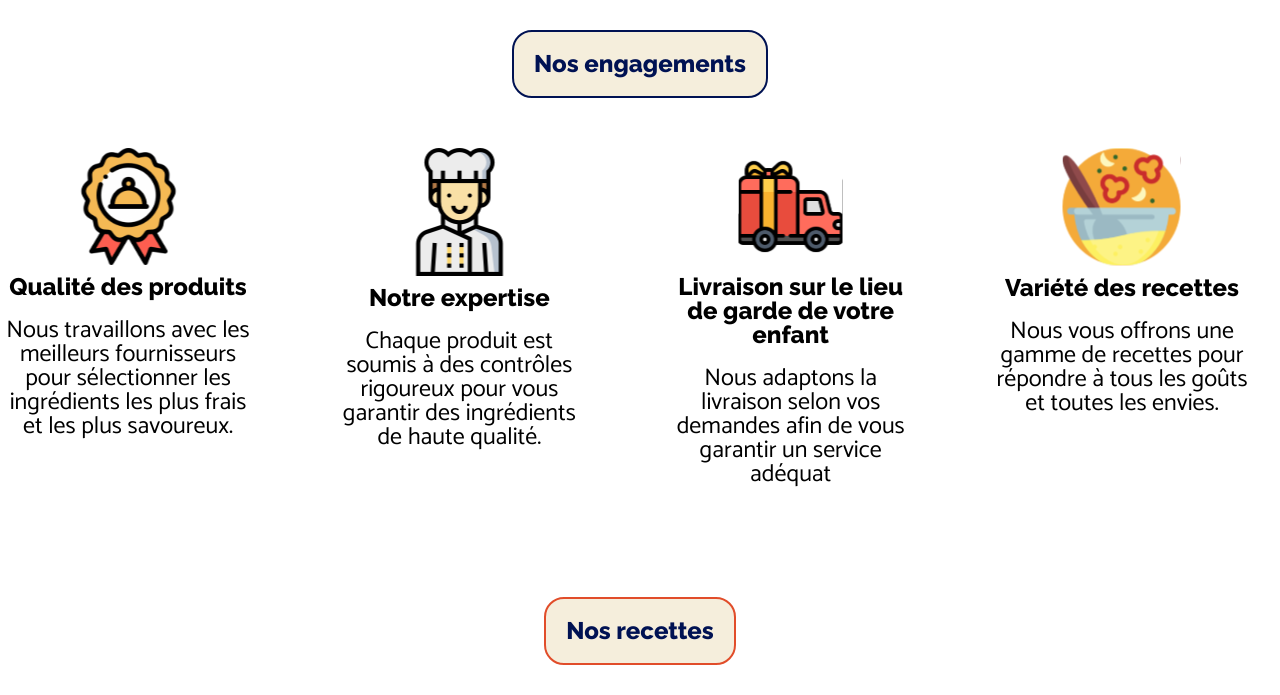
Repository: minus-team7/minus_team7
Page: minus_homepage.html
An editor plug-in stored every save of this project. The page is shown before and after a run of saves, followed by the edit.
The browser window is 1280 px wide. The pictures show the part of the page from y = 742 to 1437 px (the page is 3717 px tall).
The pointer rests on the first visible `.bouton a`.
A picture or video elsewhere on the page could not be fetched, so the positions and the page height are approximate.

Above is the page before, as saved 2023-02-13 09:47:59.

After the next 7 saves:
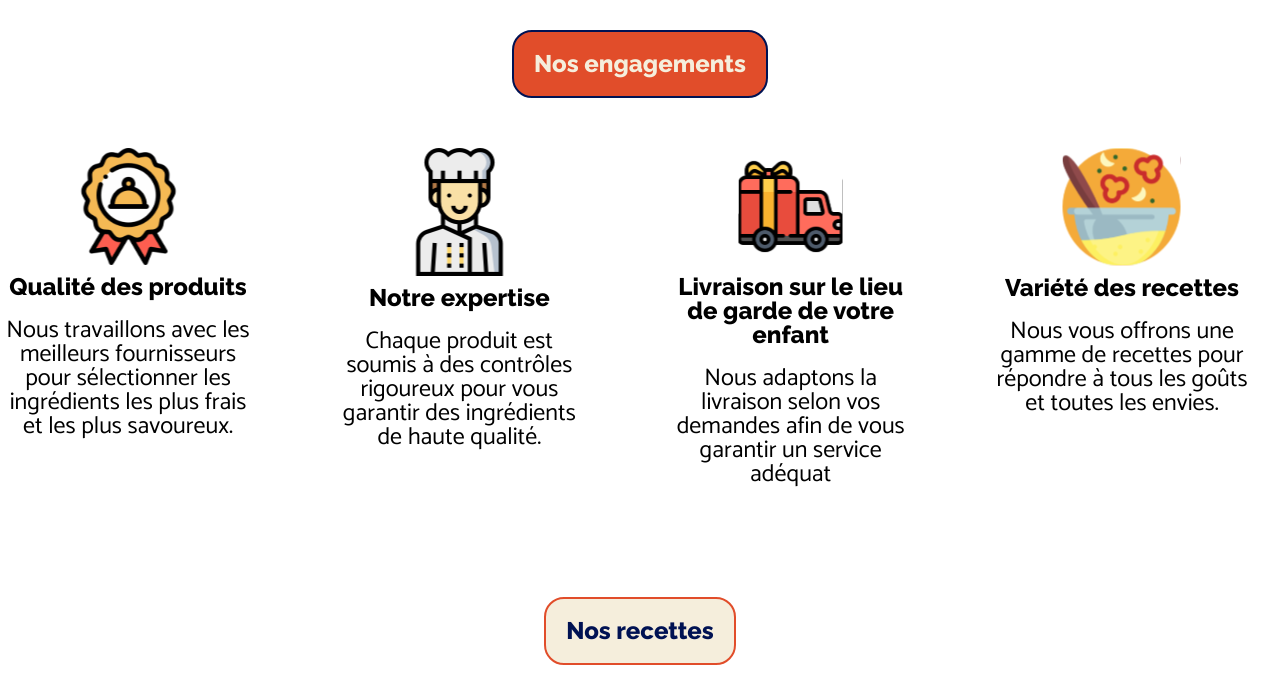
The 7 saves are shown as one change because they came seconds apart.
The last was saved 16 s later.
--- a/minus_homepage.css
+++ b/minus_homepage.css
@@ -39,6 +39,8 @@ h2{
 
 .bouton a:hover{
     border:#001253 2px solid;
+    background-color: #E14D2A;
+    color: #F5EEDC;
 
 }
 
